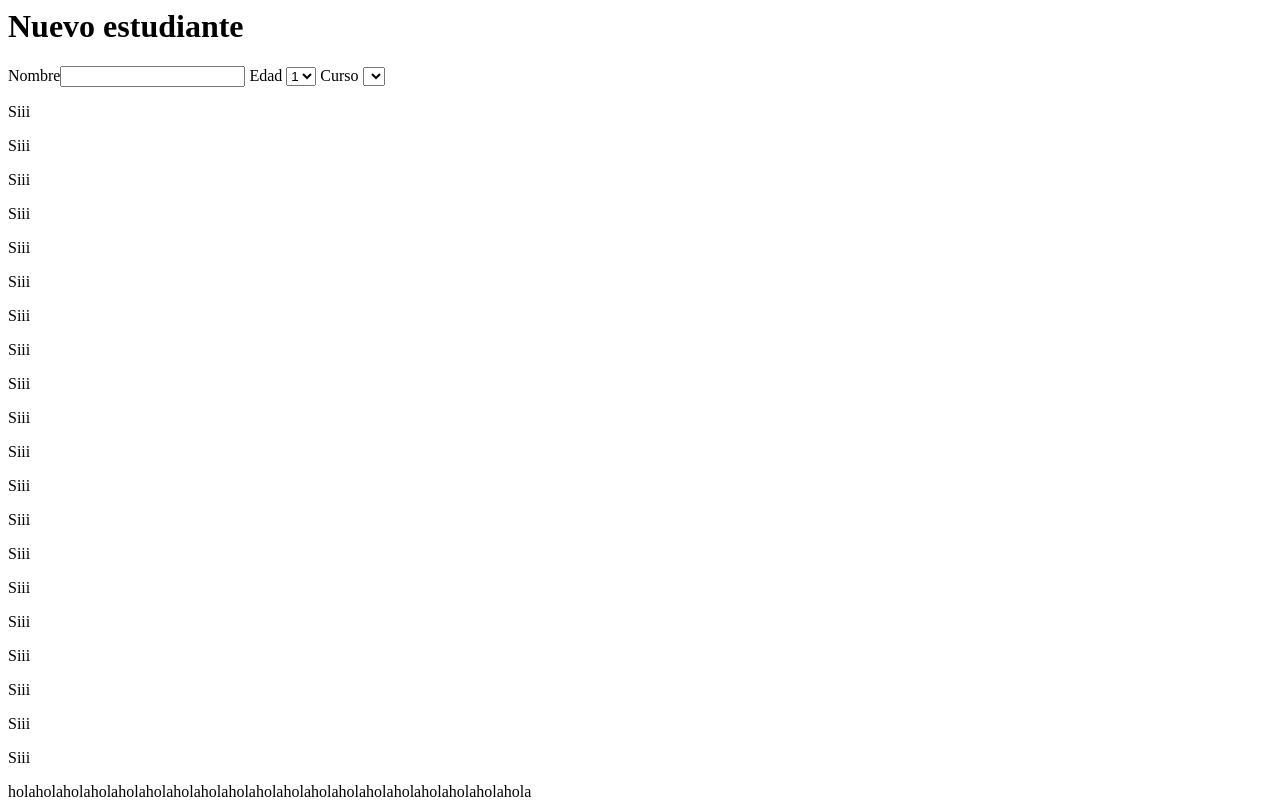
Repository: nicogcn/cursos-crud-jee
Page: angular-cursos/WebContent/zaix/createE.html
An editor plug-in stored every save of this project. The page is shown before and after the next save, followed by the edit.
The browser window is 1280 px wide. The pictures show the whole page.

Above is the page before, as saved 2017-05-03 01:22:27.

### angular-cursos/WebContent/zaix/createE.html
<div>
	<h1>Nuevo estudiante</h1>
	<script type="text/javascript"></script>
	<form>
		<label>Nombre</label><input type="text">
		<label>Edad</label>
		<select>
			<option>1</option>
		</select>
		<label>Curso</label>
		<select>
		</select>
	</form>
	<div>
		<script type="text/javascript">
			for (var int = 0; int < 20; int++) {
				document.write("<p>Siii</p>")
			}
		</script>
	</div>
	<script>
			for (var int = 15; int < 34; int++) {
				document.write("hola");
			}
			</script>
</div>

After the next save:
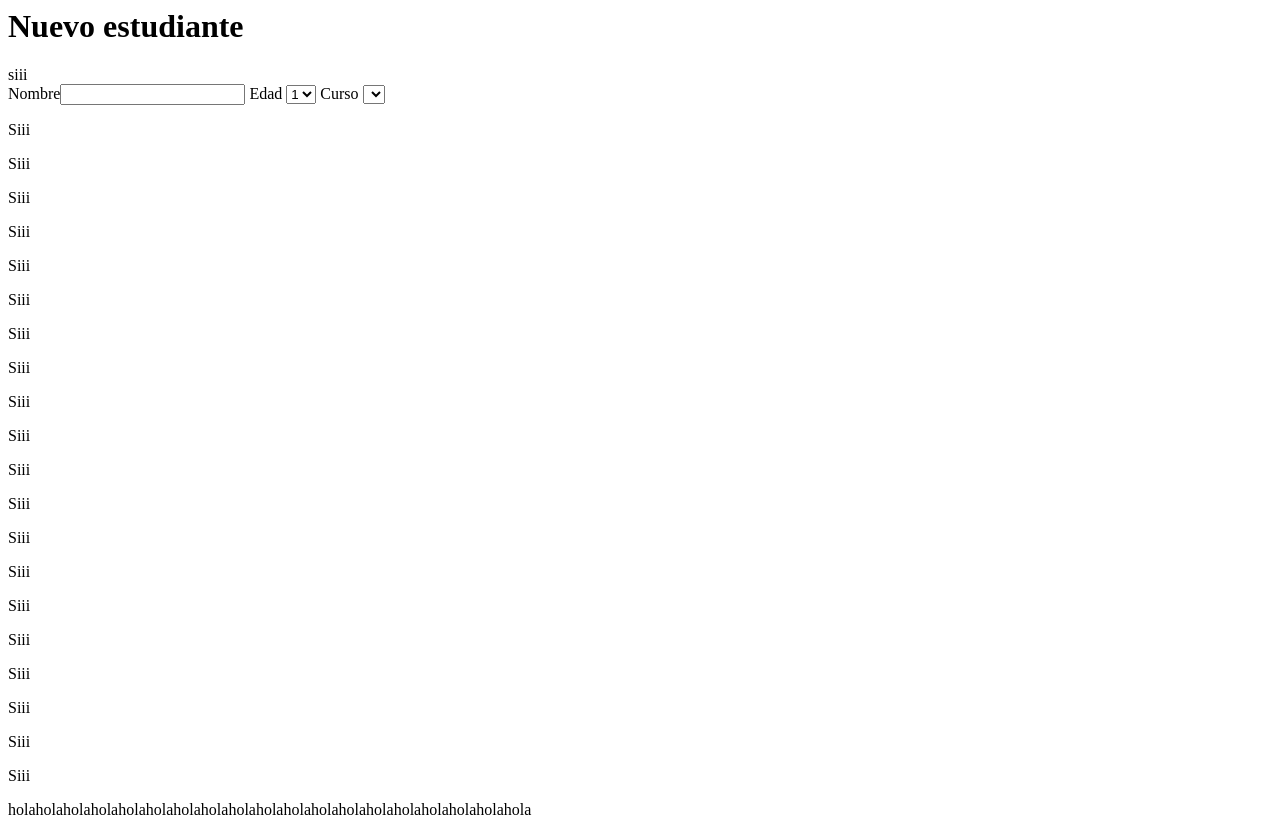
Saved 42 s later.
--- a/angular-cursos/WebContent/zaix/createE.html
+++ b/angular-cursos/WebContent/zaix/createE.html
@@ -1,6 +1,8 @@
 <div>
 	<h1>Nuevo estudiante</h1>
-	<script type="text/javascript"></script>
+	<script type="text/javascript">
+		document.write("siii");
+	</script>
 	<form>
 		<label>Nombre</label><input type="text">
 		<label>Edad</label>
